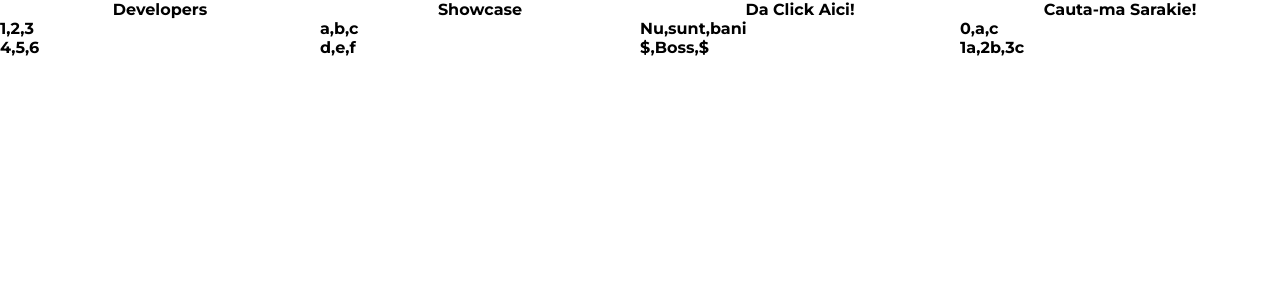
Repository: xtremer15/Css-JS
Page: Css-JS/JS and CSS Study/JS/basics-01-starting-project/assets/scripts/test/test-2.index.html
An editor plug-in stored every save of this project. The page is shown before and after a run of saves, followed by the edit.
The browser window is 1280 px wide. The pictures show the whole page.

Above is the page before, as saved 2020-02-28 14:22:40.

After the next 6 saves:
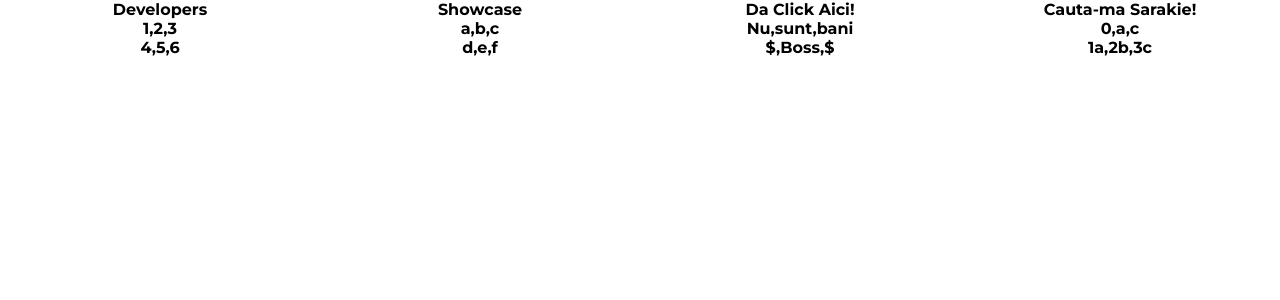
The 6 saves are shown as one change because they came seconds apart.
The last was saved 16 s later.
--- a/Css-JS/JS and CSS Study/JS/basics-01-starting-project/assets/scripts/test/test-2.css
+++ b/Css-JS/JS and CSS Study/JS/basics-01-starting-project/assets/scripts/test/test-2.css
@@ -27,5 +27,5 @@
 .link{
   display: flex;
   text-align: center;
-  text
+  flex-direction: column;
 }
